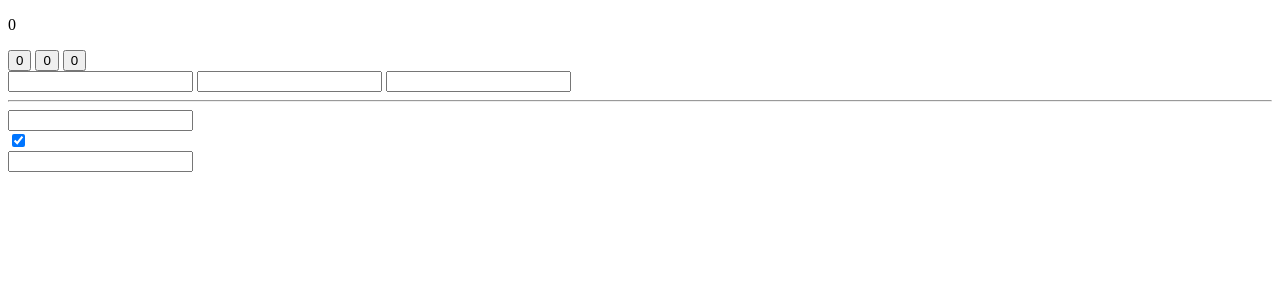
Repository: erdanergou/VueLearn
Page: vuelearn1/Custom_events.html
The author's editor kept a copy of each file at every save. The page is drawn from the files as they stood at one save, then again after the next save.
The browser window is 1280 px wide. The pictures show the whole page.

Above is the page before, as saved 2022-07-22 11:03:25.

After the next save:
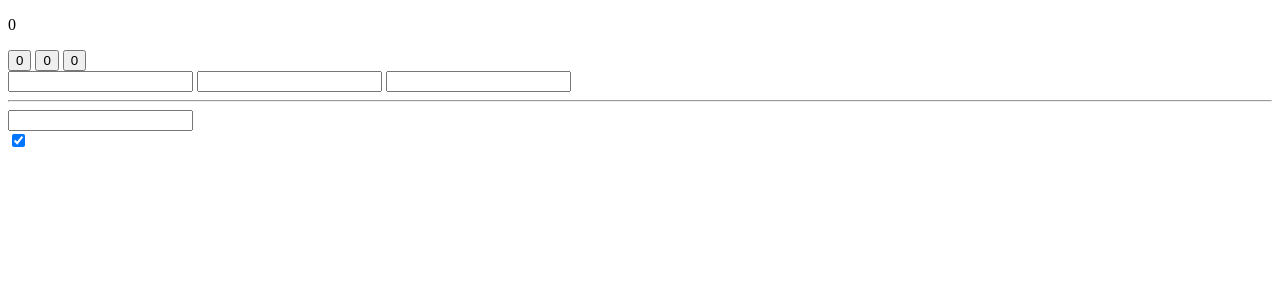
Console error: SyntaxError: Unexpected token ')'
Saved 4 s later.
--- a/vuelearn1/Custom_events.html
+++ b/vuelearn1/Custom_events.html
@@ -146,7 +146,7 @@
                 // 这里确保组件配合 `v-model` 的工作
                 input: function (event) {
                     vm.$emit('input', event.target.value)
-                    console.log
+                    console.log(event.)
                 }
                 }
             )

After the save that followed:
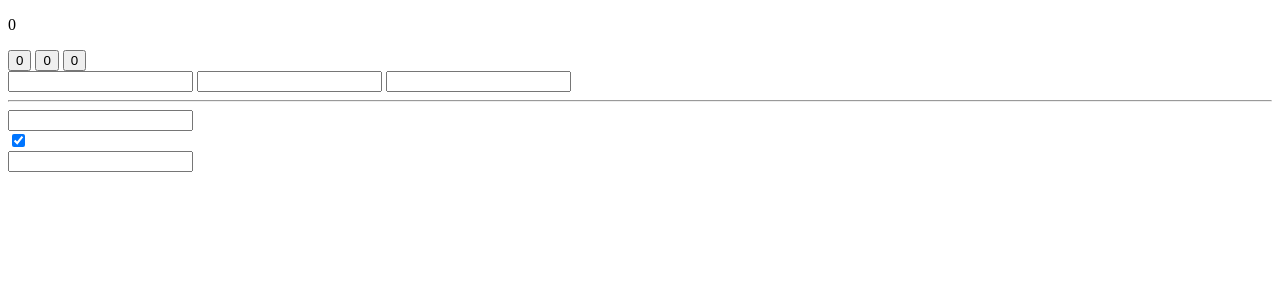
The error is gone.
Saved 4 s later.
--- a/vuelearn1/Custom_events.html
+++ b/vuelearn1/Custom_events.html
@@ -146,7 +146,7 @@
                 // 这里确保组件配合 `v-model` 的工作
                 input: function (event) {
                     vm.$emit('input', event.target.value)
-                    console.log(event.)
+                    console.log(event)
                 }
                 }
             )
